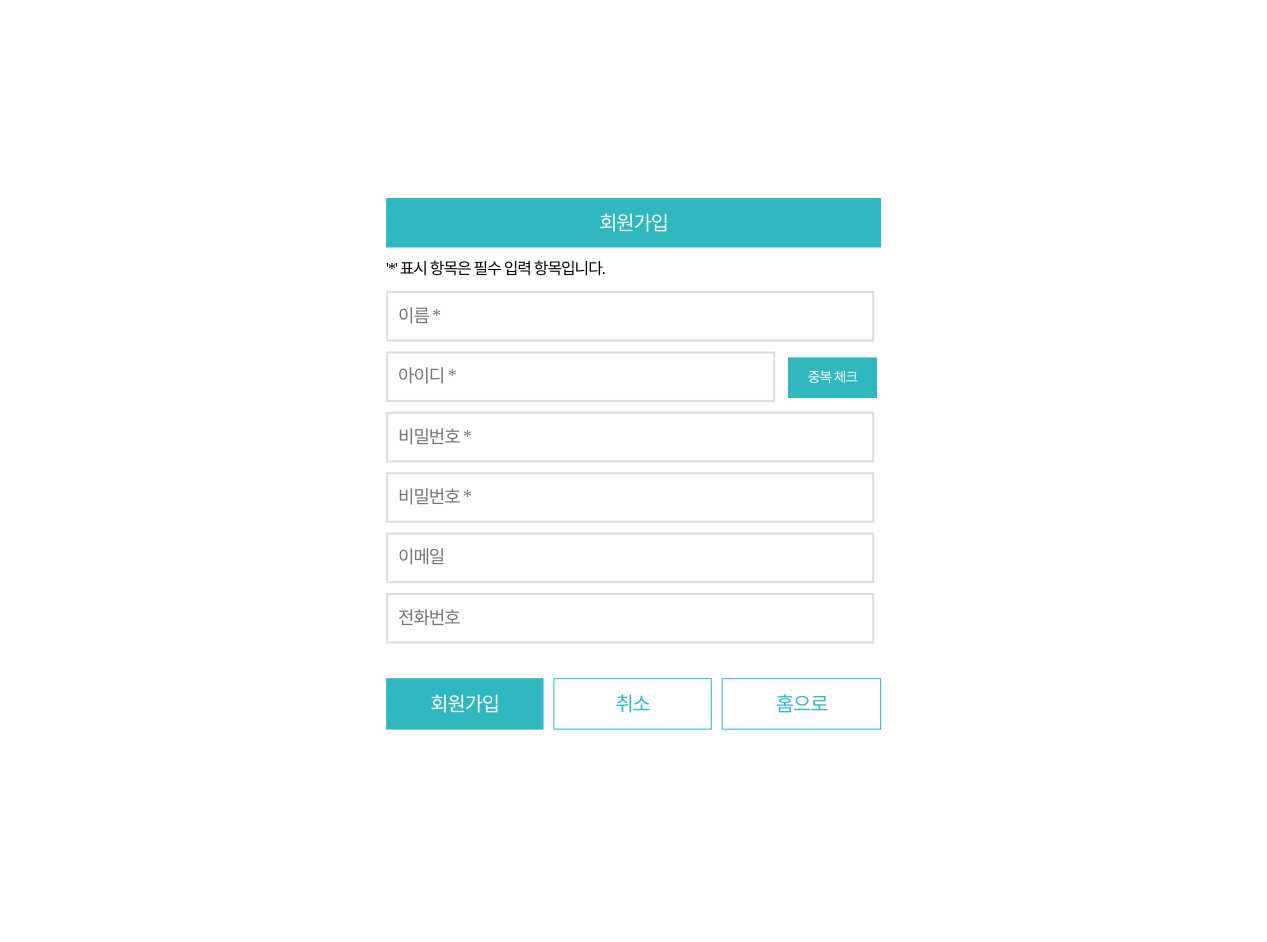
Repository: InhoKang92/jsp_1018
Page: http://localhost/Web_01/join.jsp
These files come from the project's save history. The page is drawn as it stood at one moment and after the next save; the edit follows.
The browser window is 1280 px wide. The pictures show the whole page, at 99% of full size.
Some web fonts or font styles are not loaded; a fallback is used. The page is served by Tomcat 9.

Above is the page before, as saved 2024-10-16 02:13:39.

After the next save:
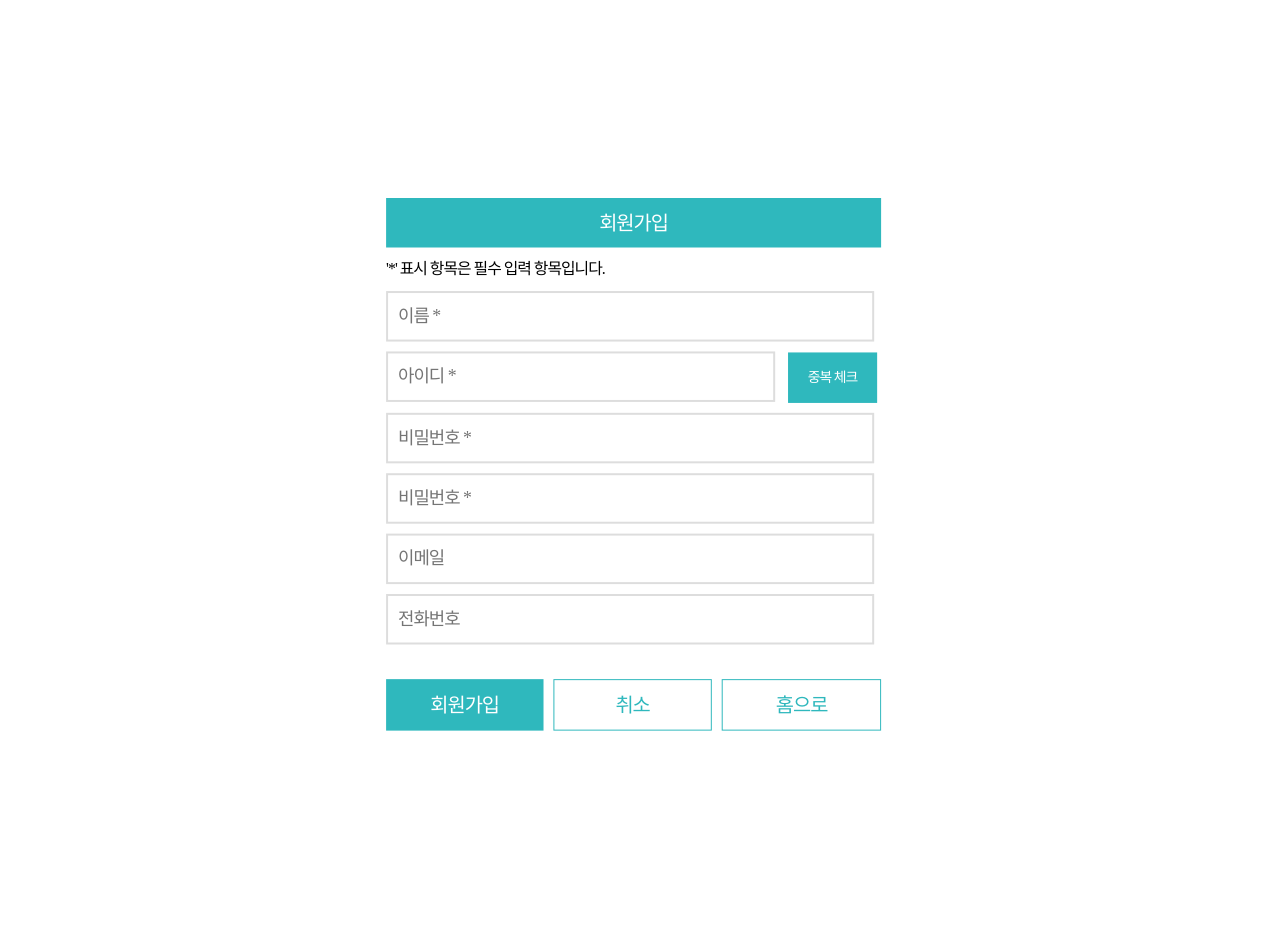
Saved 27 s later.
--- a/Web_01/src/main/webapp/css/join.css
+++ b/Web_01/src/main/webapp/css/join.css
@@ -48,6 +48,7 @@
 	color: #fff;
 	padding: 10px;
     font-size: 14px;
+    height: 51px;
 }
 
 .button_box {
